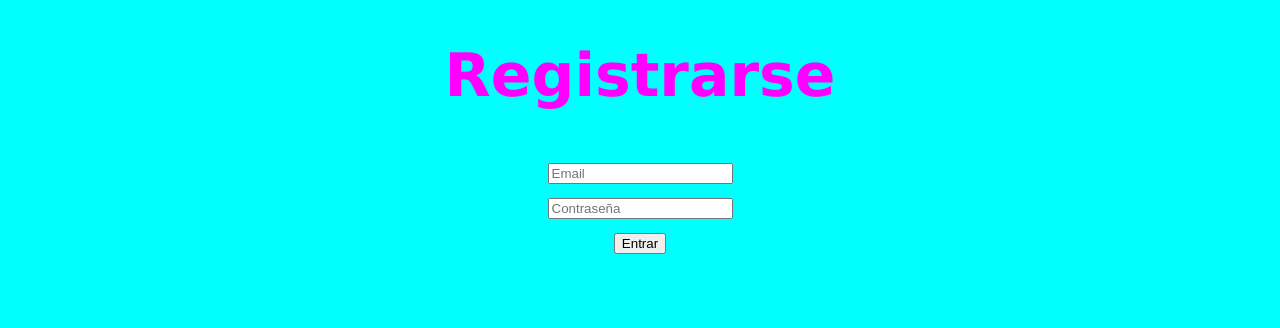
Repository: LazaroRicardo/WORKSPACE
Page: http://localhost/ProyectoMVC2/registrarse
An editor plug-in stored every save of this project. The page is shown before and after the next save, followed by the edit.
The browser window is 1280 px wide. The pictures show the whole page.
The page is served by Tomcat 9.

Above is the page before, as saved 2018-11-15 08:56:29.

After the next save:
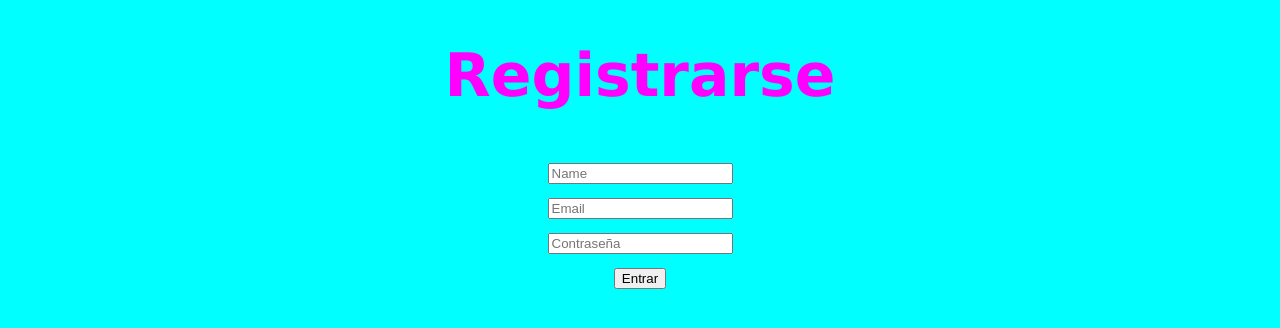
Saved 38 s later.
--- a/javaweb/ProyectoMVC2/WebContent/registrarse.jsp
+++ b/javaweb/ProyectoMVC2/WebContent/registrarse.jsp
@@ -10,6 +10,7 @@
 <body>
 	<h1>Registrarse</h1>
 	<form action="" method="POST">
+		<div><input type="name" placeholder="Name" id="" name="Name" required /></div>
 		<div><input type="email" placeholder="Email" id="" name="email" required /></div>
 		<div><input type="password" placeholder="Contraseña" id="" name="password" required /></div>
 		<div>
